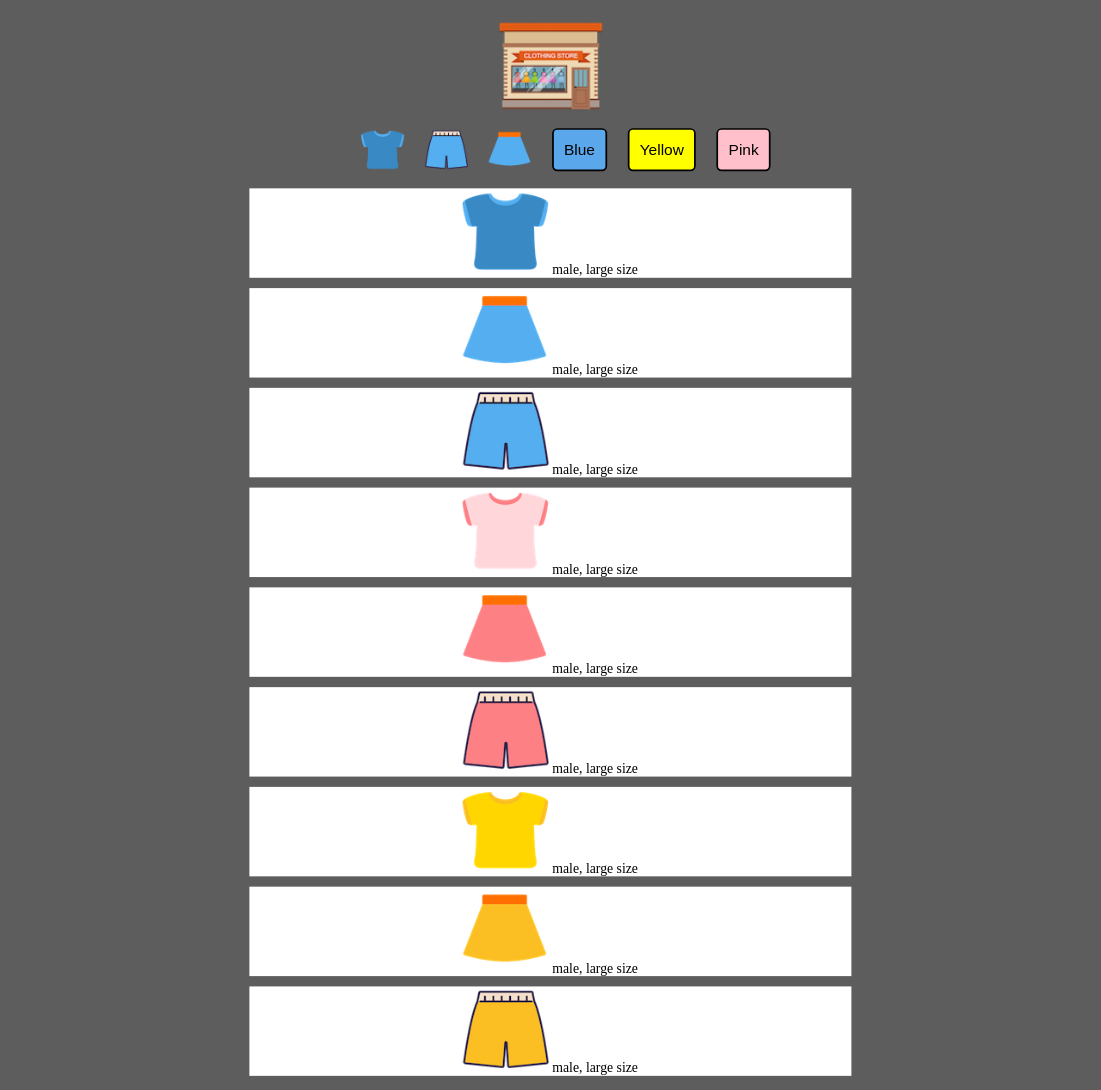
Repository: keehoonjung/Shoppingmall-Game
Page: index.html
These files come from the project's save history. The page is drawn as it stood at one moment and after the next save; the edit follows.
The browser window is 1280 px wide. The pictures show the whole page, at 86% of full size.

Above is the page before, as saved 2021-08-12 13:45:48.

After the next save:
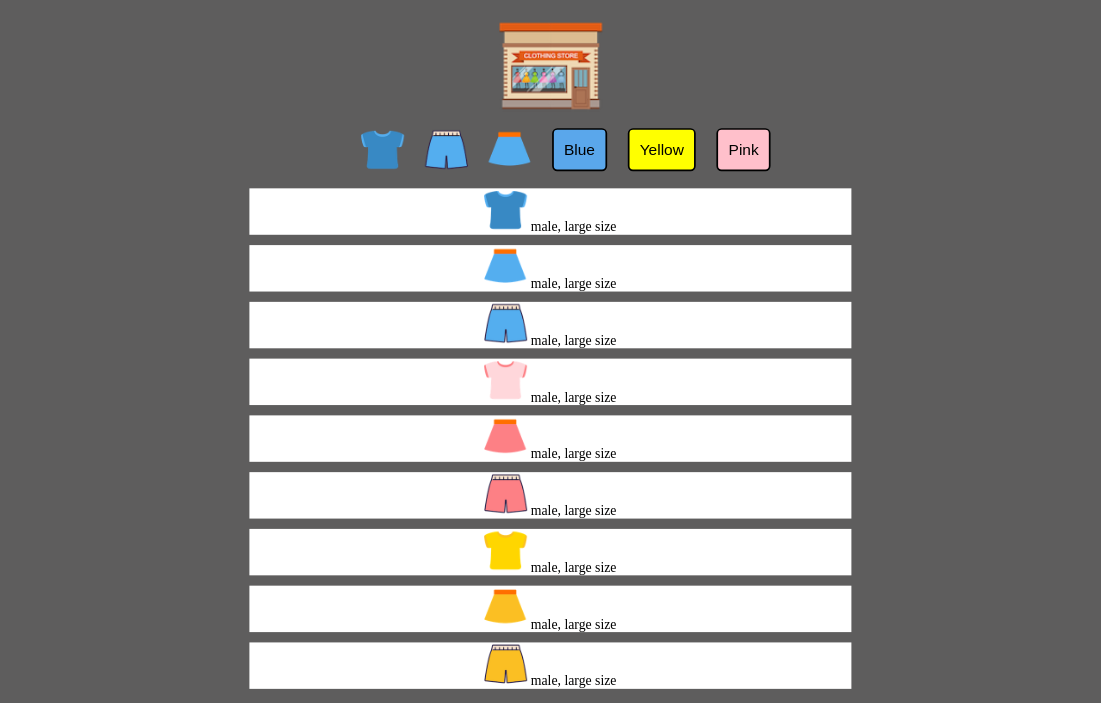
Saved 17 s later.
--- a/style.css
+++ b/style.css
@@ -68,3 +68,7 @@ header {
   width: 700px;
   margin: 12px auto;
 }
+
+.item img {
+  height: 50px;
+}
